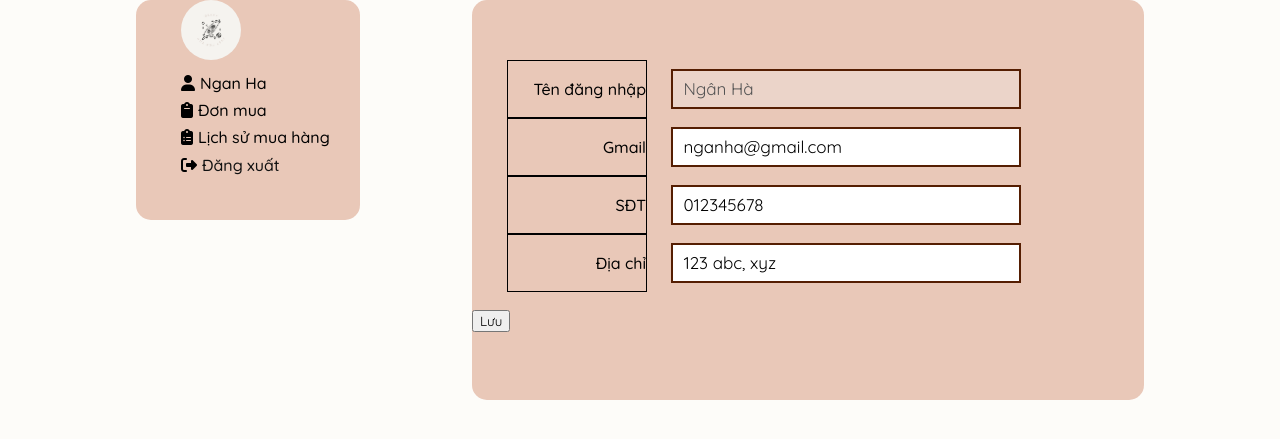
Repository: nganha241/store
Page: profile.html
An editor plug-in stored every save of this project. The page is shown before and after the next save, followed by the edit.
The browser window is 1280 px wide. The pictures show the whole page.
Some web libraries are served in a nearby version.

Above is the page before, as saved 2022-04-22 15:21:54.

After the next save:
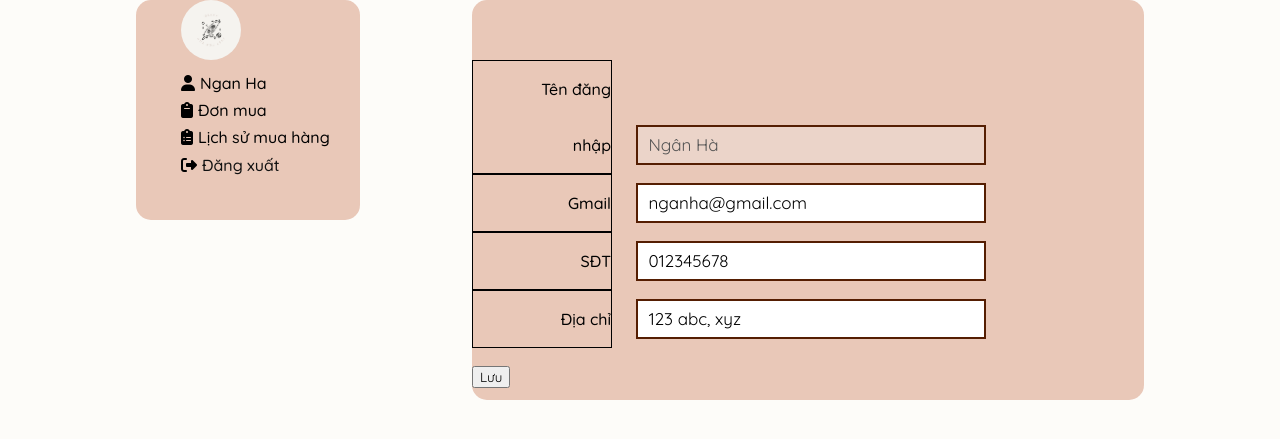
Saved 18 s later.
--- a/style.css
+++ b/style.css
@@ -1141,7 +1141,7 @@
     width: 140px;
     text-align: right;
     margin-right: 20px;
-    margin-left: 35px;
+    padding-left: 35px;
     border: 1px solid;
 }
 

After the save that followed:
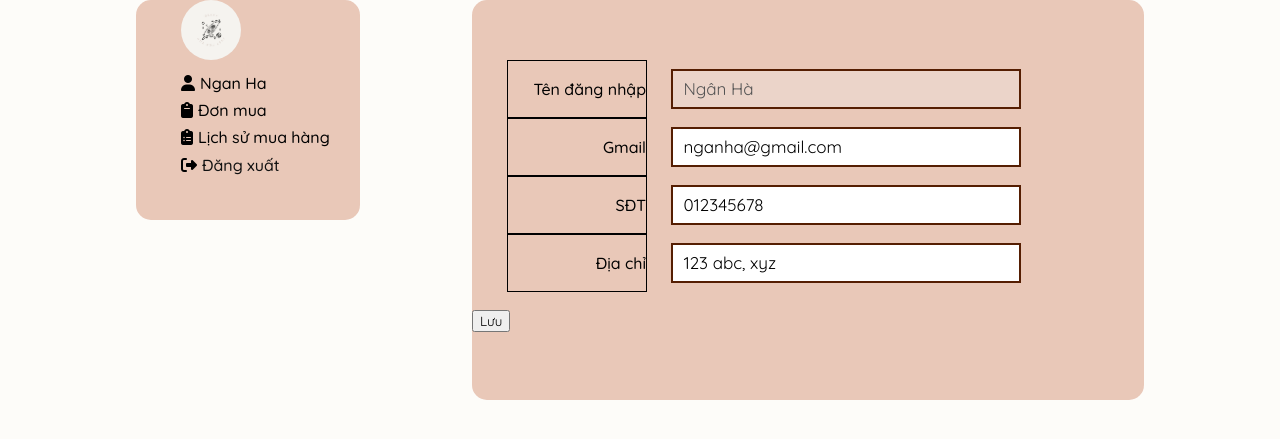
Saved 10 s later.
--- a/style.css
+++ b/style.css
@@ -1141,7 +1141,7 @@
     width: 140px;
     text-align: right;
     margin-right: 20px;
-    padding-left: 35px;
+    margin-left: 35px;
     border: 1px solid;
 }
 
